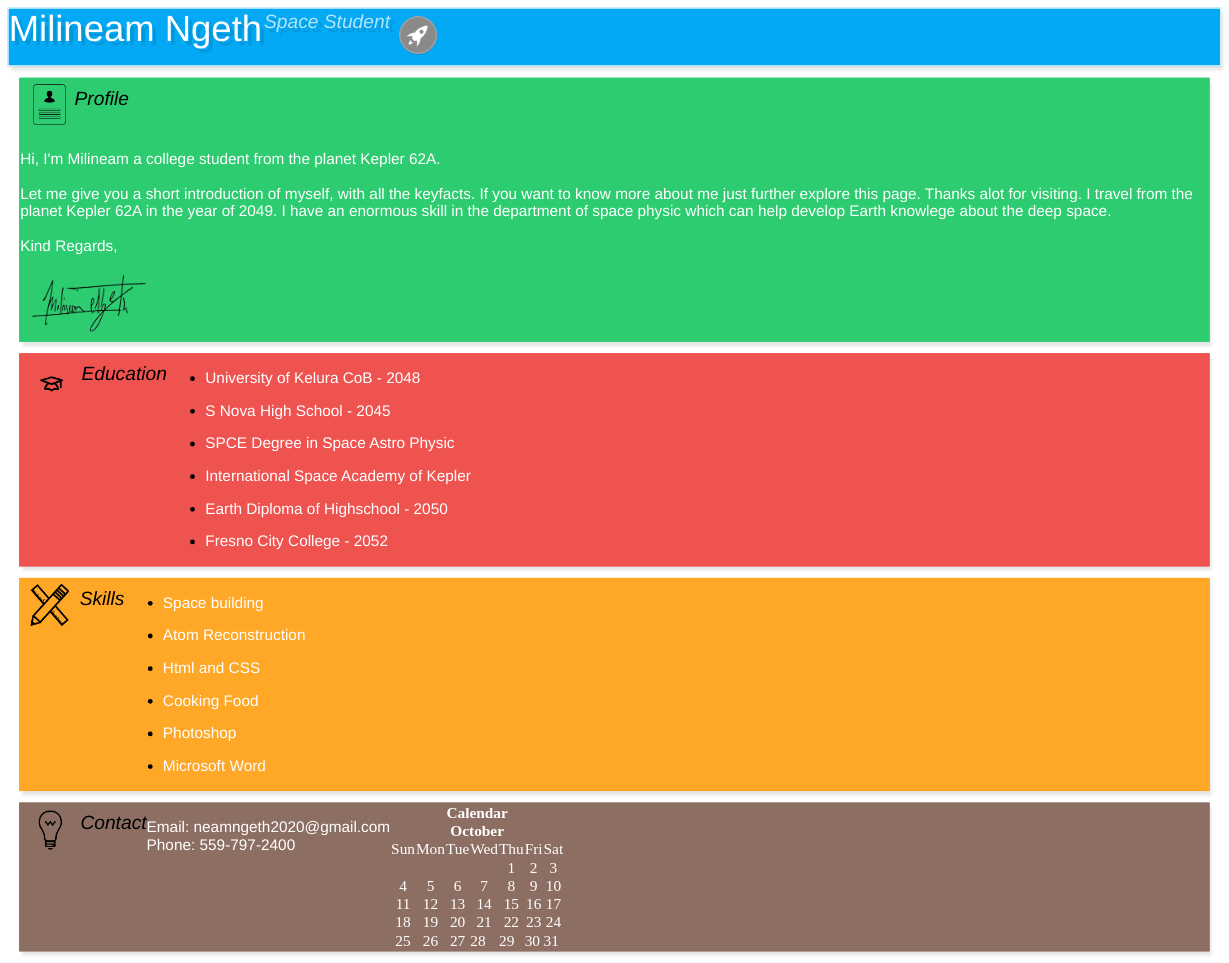
Repository: Milineam6162/workspace
Page: workspace 3/html/fourth.html
The author's editor kept a record of every edit. The page is drawn from the files as they stood at one moment, then again after the next edit.
The browser window is 1280 px wide. The pictures show the whole page, at 96% of full size.

Above is the page before.

### workspace 3/html/fourth.html
<!DOCTYPE html>
<html>
    <head>
        <title>Resume</title>
        <link rel="stylesheet" href="../css/page4.css" type="text/css" />
    </head>
    <body>
     <div class="container">
         <div class="head1">
             <p id="name">Milineam Ngeth</p>
             </div>
        <div class="head2">
             <p id="title"> Space Student</p>
             </div>
        <div>
            <img  class="allicon headimg" src="../images/icon/rocket2.png">
        </div>

     </div>
    <div class="container2">
         <div class="icon1">
             <img class="allicon" src="../images/icon/icon1.png">
        </div>
         <div>
            <p class="idea">Profile</p>
        </div>
        <div>
            <p class="bodytext"> Hi, I'm Milineam a college student from the planet Kepler 62A. <br> <br>Let me give you a short introduction of myself, with all the keyfacts. If you want to know more about me just further explore this page.
                        Thanks alot for visiting. I travel from the planet Kepler 62A in the year of 2049. I have an enormous skill in the department of space physic which can help develop Earth knowlege about the deep space.<br><br>Kind Regards, </p>
                        <img id="sign" src="../images/signature.png"></img>
        </div>

     </div>
     <div class="container3">
         <div class="icon1">
             <img class="allicon" src="../images/icon/edu.png">
        </div>
         <div>
            <p class="idea">Education</p>
        </div>
        <div>
            <div>
                <ul>
                    <li><p>University of Kelura CoB - 2048</p></li>
                    <li><p>S Nova High School - 2045</p></li>
                    <li><p>SPCE Degree in Space Astro Physic</p></li>
                    <li><p>International Space Academy of Kepler</p></li>
                    <li><p>Earth Diploma of Highschool - 2050</p></li>
                    <li><p>Fresno City College - 2052</p></li>
                </ul>

            </div>

        </div>

        </div>

     </div>
     <div class="container4">
         <div class="icon1">
             <img class="allicon" src="../images/icon/skills.png">
        </div>
         <div>
            <p class="idea">Skills</p>
        </div>
         <div>
                <ul>
                    <li><p>Space building</p></li>
                    <li><p>Atom Reconstruction</p></li>
                    <li><p>Html and CSS</p></li>
                    <li><p>Cooking Food</p></li>
                    <li><p>Photoshop</p></li>
                    <li><p>Microsoft Word</p></li>
                </ul>

            </div>

     </div>
     <div class="container5">
         <div class="icon1">
             <img class="allicon" src="../images/icon/light.png">
        </div>
         <div>
            <p class="idea">Contact</p>
        </div>
        <div>
            <div>
            <p class="bodytext"> Email: neamngeth2020@gmail.com <br> Phone: 559-797-2400<br></p>

        </div>



        </div>

         <div>
                <table border="0px" cellpadding="0" cellspacing="1" >
            <tr>
                <th colspan="7"> Calendar </th>

            </tr>
            <tr>
                <th colspan="7"> October </th>

            </tr>
            <tr>
                <td rowspan="1">

                 Sun</td>
                <td colspan="1" >Mon<center></center></td>
                <td rowspan="1"> <center>Tue</center></td>
                 <td rowspan="1"> Wed</td>
                  <td rowspan="1"> Thu</td>
                   <td rowspan="1"> <center>Fri</center></td>
                    <td rowspan="1"> Sat</td>
            </tr>
            <tr>
                <td rowspan="1"><span></span></td>
                <td colspan="1"><center><span></span></center></td>
                <td rowspan="1"><center></center></td>
                 <td rowspan="1"> <center></center></td>
                  <td rowspan="1"> <center>1</center></td>
                   <td rowspan="1"> <center>2</center></td>
                    <td rowspan="1"> <center>3</center></td>
            </tr>
            <tr>
                <td rowspan="1"> <center>4</center></td>

                <td rowspan="1"> <center>5</center></td>
           <td rowspan="1"> <center>6</center></td>
           <td rowspan="1"> <center>7</center></td>
           <td rowspan="1"> <center>8</center></td>
           <td rowspan="1"> <center>9</center></td>
           <td rowspan="1"> <center>10</center></td>
            </tr>
            <tr>
                <td rowspan="1"> <center>11</center></td>
                <td rowspan="1"> <center>12</center></td>
                <td rowspan="1"> <center>13</center></td>
                <td rowspan="1"> <center>14</center></td>
                <td rowspan="1"> <center>15</center></td>
                <td rowspan="1"> <center>16</center></td>
                <td rowspan="1"> <center>17</center></td>
            </tr>
            <tr>
                <td rowspan="1"> <center>18</center></td>
                <td rowspan="1"> <center>19</center></td>
                <td rowspan="1"> <center>20</center></td>
                <td rowspan="1"> <center>21</center></td>
                <td rowspan="1"> <center>22</center></td>
                <td rowspan="1"> <center>23</center></td>
                <td rowspan="1"> <center>24</center></td>
            </tr>
            <tr>
                <td rowspan="1"> <center>25</center></td>
                <td rowspan="1"> <center>26</center></td>
                <td rowspan="1"> <center>27</center></td>
                <td rowspan="1" class="day">28</td>
                <td rowspan="1"> <center></center>29</td>
                <td rowspan="1"> <center></center>30</td>
                <td rowspan="1"> <center></center>31</td>
            </tr>
        </table>

            </div>

     </div>

    </body>



</html>

### workspace 3/css/page4.css
.container {
    display:flex;
    border:1px solid #FFFFFF;
    background-color:#03A9F4;
    box-shadow: 3px 5px 3px rgba(0,0,0,0.1);
    flex-wrap:wrap;
}
.headimg {

}
.container2 {
    display:flex;
    border:1px solid #2ecc71;

    background-color:#2ecc71;
    box-shadow: 3px 5px 3px rgba(0,0,0,0.1);
    margin:12px;
    flex-wrap:wrap;
}
.container3 {
    display:flex;
    border:1px solid #EF5350;

    background-color:#EF5350;
    box-shadow: 3px 5px 3px rgba(0,0,0,0.1);
    margin:12px;
    flex-wrap:wrap;
}
.container4 {
    display:flex;
    border:1px solid #FFA726;

    background-color:#FFA726;
    box-shadow: 3px 5px 3px rgba(0,0,0,0.1);
    margin:12px;
    flex-wrap:wrap;
}
.container5 {
    display:flex;
    border:1px solid #8D6E63;

    background-color:#8D6E63;
    box-shadow: 3px 5px 3px rgba(0,0,0,0.1);
    margin:12px;
    flex-wrap:wrap;
}
#name {
    font-family:helvetica;
    font-size:38px;
    margin:0px;
     text-shadow: 4px 4px 0 rgba(0,0,0,0.1);
     color:#FFFFFF;
}
#title {
    font-family:helvetica;
    font-style:italic;
    font-size:20px;
    margin:2px;
     text-shadow: 4px 4px 0 rgba(0,0,0,0.1);
     color:#B3E5FC;
}
.allicon {
    height:45px;
    margin:5px;
}
.idea {
   font-family:helvetica;
    font-style:italic;
    font-size:20px;
    margin-top:9px;
    color:black;

}
.bodytext {
    font-family:helvetica
    color:white;
}
p {
    font-family:helvetica;
    color:white;

}
#sign {
    height:70px;
}
table {
	color:white;
}
th {
	color:white;
}
 tr {
	text-decoration:underline
	text-align: center;
}

After the next edit:
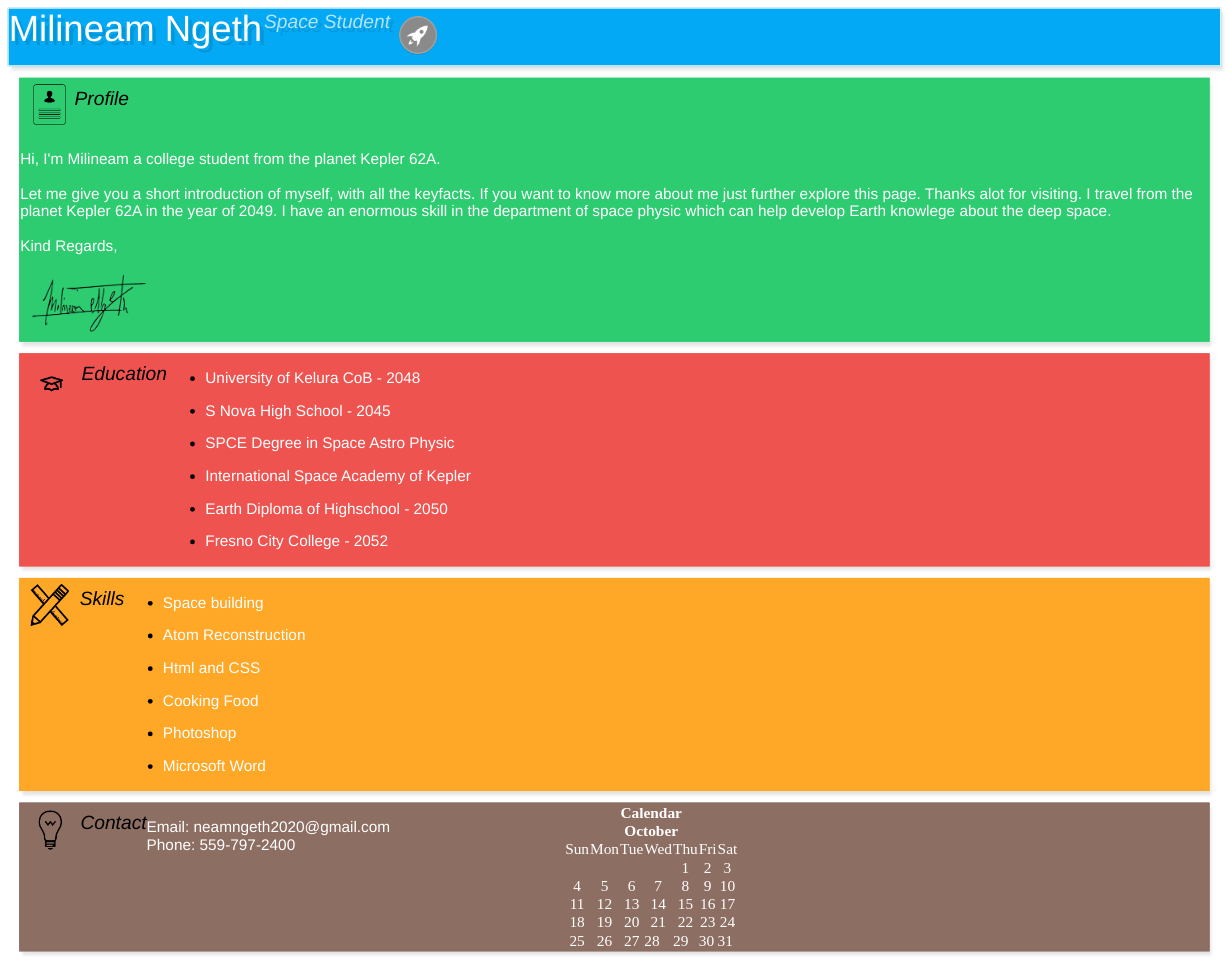
The edit:
--- a/workspace 3/css/page4.css
+++ b/workspace 3/css/page4.css
@@ -85,6 +85,7 @@
 }
 table {
 	color:white;
+	margin-left:100%;
 }
 th {
 	color:white;
